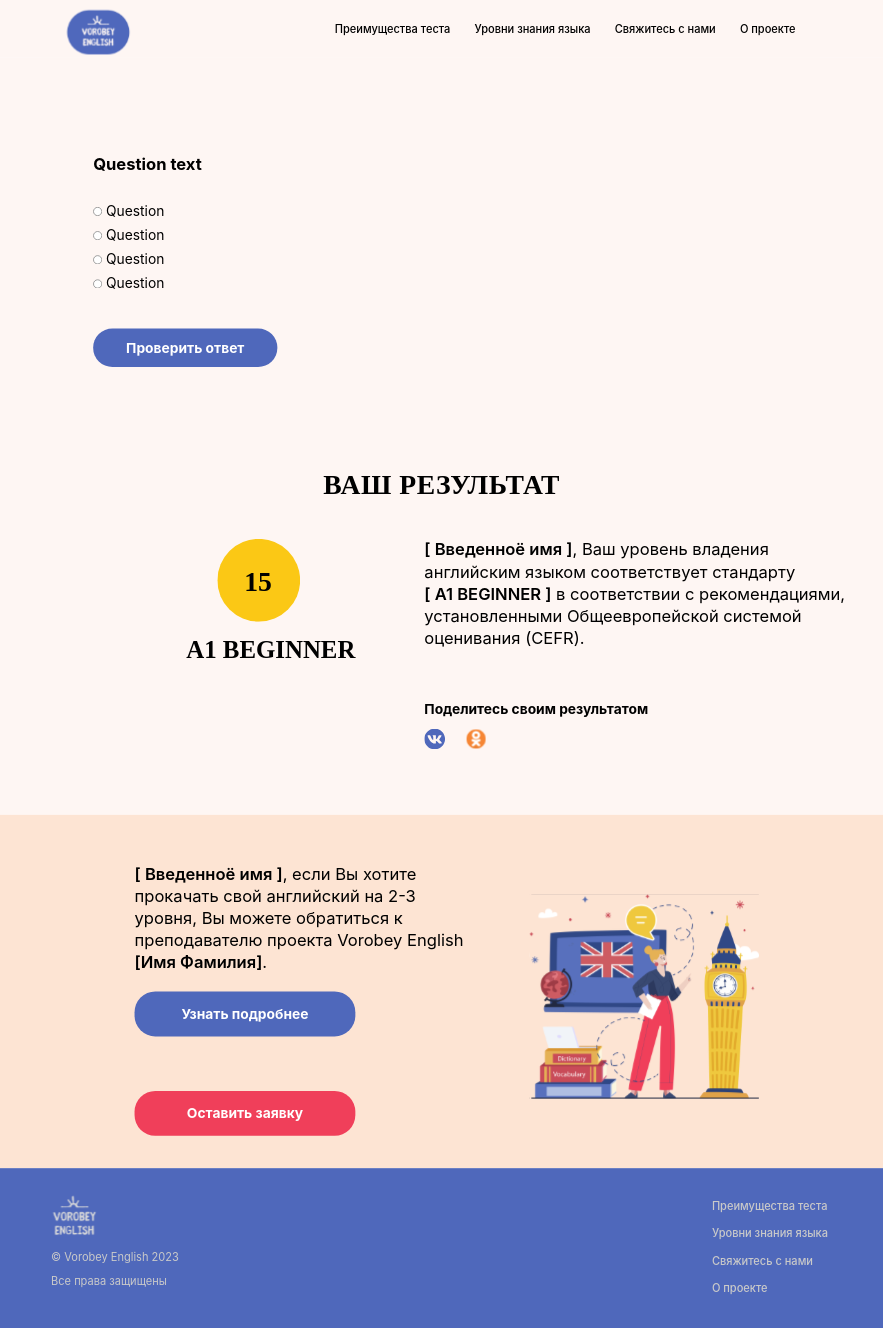
Repository: WladimirVA/PP-01-01_Dandelions
Page: test.html
An editor plug-in stored every save of this project. The page is shown before and after the next save, followed by the edit.
The browser window is 1280 px wide. The pictures show the whole page, at 69% of full size.

Above is the page before, as saved 2023-02-22 14:06:29.

### test.html
<!DOCTYPE html>
<html lang="ru">
<head>
    <meta charset="UTF-8">
    <meta http-equiv="X-UA-Compatible" content="IE=edge">
    <meta name="viewport" content="width=device-width, initial-scale=1.0">
    <link href="./static/css/style.css" rel="stylesheet" type="text/css">
    <link href="./static/css/test.css" rel="stylesheet" type="text/css">
    <link href="./static/css/fonts.css" rel="stylesheet" type="text/css">
    <link rel="icon" sizes="16x16" href="./static/img/Иконка _Лого_ (1_1).svg" type="image/x-icon">
    <title>Dandelions</title>
</head>
<body>
    <header class="header" di="HOME">
        <div class="section">
            <div class="section-header">
                <div class="logo">
                    <a href="Index.html"><img src="./static/img/Иконка _Лого_ (1).svg"></a>
                </div>
                <nav>
                    <ul class="header-nav">
                        <li><a class="link" href="./Index.html">Преимущества теста</a></li>
                        <li><a class="link" href="./Index.html">Уровни знания языка</a></li>
                        <li><a class="link" href="#">Свяжитесь с нами</a></li>
                        <li><a class="link" href="#">О проекте</a></li>
                    </ul>
                </nav>
            </div>
        </div>
    </header>
    <main>
        <div class="section">
            <form class="quiz-box" id="quiz" method="post">
                <div class="quiz-header">
                    <h2 id="question">Question text</h2>
                    <ul>
                        <li>
                            <input type="radio" name="answer" id="a" class="answer" onchange="document.getElementById('submit').disabled = !this.checked;">
                            <label for="a" id="a_text">Question</label>
                        </li>
                        <li>
                            <input type="radio" name="answer" id="b" class="answer" onchange="document.getElementById('submit').disabled = !this.checked;">
                            <label for="b" id="b_text">Question</label>
                        </li>
                        <li>
                            <input type="radio" name="answer" id="c" class="answer" onchange="document.getElementById('submit').disabled = !this.checked;">
                            <label for="c" id="c_text">Question</label>
                        </li>
                        <li>
                            <input type="radio" name="answer" id="d" class="answer" onchange="document.getElementById('submit').disabled = !this.checked;">
                            <label for="d" id="d_text">Question</label>
                        </li>
                    </ul>
                </div>
                <div class="button-test">
                    <button class="button test_button" id="submit" disabled>Проверить ответ</button>
                </div>
            </form>

            <form class="result">
                <div class="title-result">
                    <p>Ваш Результат</p>
                </div>
                <div class="result1">
                    <div class="level-2">
                        <div class="level">
                            <img src="./static/img/Ellipse 15.svg" alt="Result">
                            <p>15</p>
                        </div>
                        <div class="lavel-1">
                            <p>А1  BEGINNER</p>
                        </div>
                    </div>
                    <div class="">
                            <p class="info-result-p"><span style="font-weight: 600;"> [ Введенноё имя ]</span>, Ваш уровень владения английским языком соответствует стандарту <br><span style="font-weight: 600;">[ А1 BEGINNER ]</span> в соответствии
                            с рекомендациями, установленными Общеевропейской системой оценивания (CEFR).</p>
                        <div class="share">
                            <p>Поделитесь своим результатом</p>
                            <div class="share-img">
                                <a href="https://vk.com/" target="_blank"><img src="./static/img/VK.svg" alt="VK"></a>
                                <a href="https://ok.ru/" target="_blank"><img src="./static/img/odnoklassniki 1.svg" alt="odnoklassniki"></a>
                                <!-- <img src="./static/img/instagram3 1.svg" alt="instagram"> -->
                            </div>
                        </div>
                    </div>
                </div>
                <div class="appeal">
                    <div class="appeal-text">
                        <p><span style="font-weight: 600;">[ Введенноё имя ]</span>, если Вы хотите прокачать свой английский на 2-3 уровня, Вы можете обратиться
                        к преподавателю проекта Vorobey English <span style="font-weight: 600;">[Имя Фамилия]</span>. </p>
                        <div class="button-test">
                            <button class="button test_button" id="submit">Узнать подробнее</button>
                        </div>
                        <div class="button-test">
                            <button class="button test_button" id="application">Оставить заявку</button>
                        </div>
                    </div>
                    <div>
                        <img src="./static/img/Group 82 1 1.svg" alt="">
                    </div>

                </div>
            </form>
        </div>
    </main>
    <footer class="FOOTER">
            <div class="section-footer">
                <div class="footer-logo">
                    <a href="Index.html"><img src="./static/img/Vector (3).svg"></a>
                    <p class="footer-logo-p">© Vorobey English 2023</p>
                    <p class="footer-logo-p2">Все права защищены</p>
                </div>
                <div class="footer-navi">
                    <nav>
                        <ul class="footer-nav">
                            <li><a class="footer-link" href="#HOME">Преимущества теста</a></li>
                            <li><a class="footer-link" href="#HOME">Уровни знания языка</a></li>
                            <li><a class="footer-link" href="#HOME">Свяжитесь с нами</a></li>
                            <li><a class="footer-link" href="#">О проекте</a></li>
                        </ul>
                    </nav>
                    <!-- <p><a class="footer-link" href="mailto:englishtest@yandex.ru">englishtest@yandex.ru</a></p> -->
                </div>
            </div>
    </footer>
</body>

</html>

### static/css/style.css
body {
    scroll-behavior: smooth;
    align-items: center;
    width: 100%;
    max-width: 1366px;
    margin: auto;
    font-family: 'Inter', 'Work Sans', "NunitoSans-Light", Arial, Helvetica, sans-serif;
}

.section {
    margin: 0 auto;
    max-width: 1366px;
}

* {
    margin: 0;
    padding: 0;
}
.header {
    padding: 0 92px 0 59px;
    background-color: #FEF6F3;
}
.section-header {
    justify-content: space-between;
    height: 83px;
    width: 100%;
    display: flex;
    align-items: center;
}
.logo {
    width: 84px;
    height: auto;
}
.header-nav {
    display: flex;
    list-style-type: none;
}
.link {
    text-decoration: none;
    /* cursor: pointer; */
    font-family: 'Inter';
    font-weight: 500;
    font-size: 16px;
    line-height: 19px;
    color: #000000;
}
.header-nav li {
    margin-right: 35px;
}

.HOME {
    padding: 64px 92px 108px 93px;
    background-color: #FEF6F3;
}
.section-home {
    align-items: center;
    display: flex;
    justify-content: space-between;
    margin-top: -90px;
}


.title {
    font-family: 'Work Sans';
    font-style: normal;
    font-weight: 600;
    font-size: 40px;
    line-height: 48px;
    display: flex;
    align-items: center;
    letter-spacing: 0.02em;
    text-transform: uppercase;
}
.home_p {
    font-family: 'Work Sans';
    font-style: normal;
    font-weight: 400;
    font-size: 20px;
    line-height: 24px;
    margin-top: 43px;
}

.home_ul {
    margin-top: 35px;
}
.home_li {
    list-style-type: none;
    margin-top: 12px;
    font-family: 'Inter';
    font-style: normal;
    font-weight: 400;
    font-size: 16px;
    line-height: 20px;
}

.check {
    margin-bottom: -7px;
    margin-right: 16px;
}

.buttonsHome {
    margin-top: 68px;
}
.button_home {
    background: #FBC815;
    border-radius: 50px;
    width: 267px;
    height: 56px;
    font-family: 'Inter';
    font-style: normal;
    font-weight: 700;
    font-size: 20px;
    line-height: 24px;
    border: 0;
    cursor: pointer;
}

.button_home:hover {
    background-color: #BC9F3B;
}

.button_home:active {
    background-color: #FDE07D;
}

.image-home {
    max-width: 747px;
    max-height: 496px;
}

.title_2 {
    display: block;
    padding-top: 68px;
    text-transform: none;
    font-family: 'Work Sans';
    font-style: normal;
    font-weight: 800;
    font-size: 36px;
    line-height: 48px;
    align-items: center;
    text-align: center;
}

.WHY-TEST {
    background-color: #FDE4D3;
    Height: 616px;
}

.section-home-2 {
    align-items: center;
    display: flex;
    justify-content: space-around;
    margin-top: 20px;
}

.home-text {
    width: 490px;
}

.p-text {
    margin-top: 32px;
}

.ADVAN_TEST {
    background: #4F68BB;
    color: white;
    height: 665px;
    padding-top: 63px;
    /* margin-top: 120px; */
}

.content_img {
    margin-top: -215px;
    text-align: end;
    margin-right: 50px;
}

.rot-sheet {
    margin: 0 -34px 90px 0px;
}

.rot-sheet-1 {
    margin: 0 -35px 90px 0px;
}

.rot-img1 {
    width: 117px;
    margin-top: 11px;
    margin-right: -20px;
}

.rot-img2 {
    width: 65px;
    margin-bottom: -35px;
}

.rot-img3 {
    width: 78px;
    margin-bottom: 20px;
    margin-left: -20px;
}

img.rot {
    animation: 1s linear 0s normal none infinite running rot;
    -webkit-animation: 4s linear 0s normal none infinite running rot;
    /* width: 100px; */
  }
  @keyframes rot {
    0% {
      transform: rotate(0deg);
    }
    100% {
      transform: rotate(360deg);
    }
  }
  @-webkit-keyframes rot {
    0% {
      transform: rotate(0deg);
    }
    100% {
      transform: rotate(360deg);
    }
  }

  img.rot1 {
    animation: 1s linear 0s normal none infinite running rot1;
    -webkit-animation: 4s linear 0s normal none infinite running rot1;
    /* width: 100px; */
  }
  @keyframes rot1 {
    0% {
      transform: rotate(360deg);
    }
    100% {
      transform: rotate(0deg);
    }
  }
  @-webkit-keyframes rot1 {
    0% {
      transform: rotate(0deg);
    }
    100% {
      transform: rotate(360deg);
    }
  }


.content-ADVAN_TEST {
    display: flex;
    justify-content: space-evenly;
    margin-top: 60px;
}

.test-info {
   width: 300px;
}



.title_3 {
    margin-top: 36px;
    display: block;
    text-transform: none;
    font-family: 'Work Sans';
    font-style: normal;
    font-weight: 800;
    font-size: 36px;
    line-height: 48px;
    align-items: center;
    text-align: center;
}

.advan-test {
    margin: 30px 0 30px 0;
    font-style: normal;
    font-weight: 700;
    font-size: 24px;
    line-height: 32px;
}

.advan-test-p {
    font-style: normal;
    font-weight: 400;
    font-size: 18px;
    line-height: 24px;
}

.advan-test-p-2 {
    margin: 95px 0 0 115px;
    max-width: 1135px;
}

.container {
    display: grid;
    grid-template-columns: repeat(3, 295px);
    justify-items: stretch;
    justify-content: space-around;;
    grid-template-rows: 100px 100px 100px;
    row-gap:  280px;
    margin-top: -30px;
}

.text_test img {
    margin-left: 700px;
}

.container-box h3 {
    font-style: normal;
    font-weight: 700;
    font-size: 32px;
    line-height: 36px;
}

.container-box-p {
    font-style: normal;
    font-weight: 700;
    font-size: 24px;
    line-height: 32px;
    margin: 60px 0 15px 0;
}

.container-box-p2 {
    font-style: normal;
    font-weight: 400;
    font-size: 16px;
    line-height: 24px;
}

.LANGUAGE_LEVELS {
    background-color:  #FEF6F3;
}

.content {
    padding-top: 66px;
}

.container-box {
    position: relative;
}

.box-1 h3 {
    position: absolute;
}

.cloud {
    margin: -11px 0 0 -80px;
    position: absolute;
}

.ball {
    display: block;
    position: inherit;
    margin-left:195px;
    margin-top: 30px;
}

.ball-2 {
    margin-left: 180px;
}

.ball-3 {
    display: block;
    margin-left: 335px;
    margin-top: -199px;
}

.button {
    text-align: center;
    background: #F03F5A;
    cursor: pointer;
    border-radius: 30px;
    border: 0;
}

.TEST {
    background-color: #FBCDA6;
    height: 352px;
}

.test_button {
    margin-top: 30px;
    width: 267px;
    height: 56px;
    font-family: 'Inter';
    font-style: normal;
    font-weight: 700;
    font-size: 20px;
    line-height: 24px;
}

.test_button:hover {
    background-color: #B45060;
}

.test_button:active {
    background-color: #F893A3;
}

.test-now {
    display: flex;
    justify-content: space-between;
    margin-left: 89px;
}

.test-now-text {
    text-align: center;
    margin-top: 15px;
}

.test-now-img {
    margin-top: -159px;
}

.FOOTER {
    background: #4F68BB;
    height: 232px;
    color: #C9C9C9;
}

.footer-logo-p {
    margin-top: -65px;
    margin-left: 74px;
}

.footer-logo-p2 {
    margin-top: 16px;
    margin-left: 74px;
}


.section-footer {
    display: flex;
    justify-content: space-between;
    align-items: center;
    max-width: 1200px;
}

.footer-logo {
    margin-top: -37px;
}

.footer-logo img {
    margin-top: -20px;
}

.footer-navi {
    margin-top: 34px;
}

.footer-nav {
    display: grid;
    list-style-type: none;
    line-height: 2.5;
}

.footer-link {
    text-decoration: none;
    font-family: 'Inter';
    font-weight: 500;
    font-size: 16px;
    line-height: 19px;
    color: #C9C9C9;
    list-style-type: none;
}

.footer-link:hover {
    /* transform: scale(1.2); */
    text-decoration:underline;
}

### static/css/test.css
.header {
    max-width: 1366px;
    max-height: 825px;
    background-color: #FEF6F3;
}
.section {
    width:100%;
    height:100%;
    background-color: #FEF6F3;
}

.quiz-box {
    padding: 146px 0 0 135px;
}

.quiz-header ul {
    line-height: 24px;
    /* width: 214px; */
    font-family: 'Inter';
    font-style: normal;
    font-weight: 400;
    font-size: 20px;
    line-height: 35px;
    list-style-type: none;
}

.quiz-header {
    font-family: 'Inter';
    font-style: normal;
    font-weight: 400;
    font-size: 16px;
    line-height: 20px;
}

.quiz-header h2 {
    margin-bottom: 40px;
}

.button-test {
    padding: 17px 0 47px 0;

}

.test_button {
    background: #4F68BB;
    color:#FFFFFF;
    cursor: pointer;
}

#submit:hover {
    background-color: #1A307A;
}

#submit:active {
    background-color: #97A7DD;
}

.result {
    padding: 100px 0 0 0;
}

.title-result {
    text-align: center;
    align-items: center;
    text-align: center;
    letter-spacing: 0.02em;
    text-transform: uppercase;
    color: #000000;
    font-family: 'Work Sans';
    font-style: normal;
    font-weight: 600;
    font-size: 40px;
    line-height: 48px;
    margin-bottom: 54px;
}

.result1 {
    display: flex;
    justify-content: space-around;
}

.info-result-p {
    width: 615px;
    height: 235px;
    font-family: 'Inter';
    font-style: normal;
    font-size: 24px;
    line-height: 32px;
    }

.level {
    margin-left: 45px;
}

.level p {
    margin: -85px 0 0 39px;
    font-family: 'Work Sans';
    font-style: normal;
    font-weight: 600;
    font-size: 40px;
    line-height: 48px;
}

.level-2 {
    margin-left: 220px;
}

.lavel-1 {
    font-family: 'Work Sans';
    margin-top: 50px;
    font-style: normal;
    font-weight: 700;
    font-size: 36px;
    line-height: 48px;
    }

.share {
    position: absolute;
}

.share p {
    font-family: 'Inter';
    font-style: normal;
    font-weight: 700;
    font-size: 20px;
    line-height: 24px;
}

.share-img {
    display: flex;
}

.share-img img {
    margin: 16px 30px 0 0;
}

.appeal {
    display: flex;
    justify-content: space-between;
    background-size: 100%;
    background-color: #FDE4D3;
    padding-top: 75px;
    padding: 70px 0 0 195px;
    margin-top: 165px;
}

.appeal button {
    width: 320px;
    height: 65px;
}

#application {
    background-color: #F03F5A;
}

#application:hover {
    background-color: #B45060;
}

#application:active {
    background-color: #F893A3;
}

.appeal-text {
    font-family: 'Inter';
    font-style: normal;
    font-size: 24px;
    line-height: 32px;
}

.appeal-text button {
    margin-top: 15px;
}

.appeal img {
    margin-right: 180px;
    padding-top: 45px;
}

.appeal-text p {
    width: 484px;
    height: 154px;
}

### static/css/fonts.css
/* @import url('https://fonts.googleapis.com/css2?family=Work+Sans:ital,wght@0,600;0,800;1,800&display=swap'); */


/* @import url('https://fonts.googleapis.com/css2?family=Inter:wght@400;500;600;700;800&family=Work+Sans:ital,wght@0,600;0,800;1,800&display=swap'); */

/*
@import url('https://fonts.googleapis.com/css2?family=Inter:wght@100;200;300;400;500;600;700;800;900&display=swap');

@import url('https://fonts.googleapis.com/css2?family=Inter:wght@100;200;300;400;500;600;700;800;900&family=Work+Sans:ital,wght@0,100;0,200;0,300;0,400;0,500;0,600;0,700;0,800;0,900;1,100;1,200;1,300;1,400;1,500;1,600;1,700;1,800;1,900&display=swap'); */

After the next save:
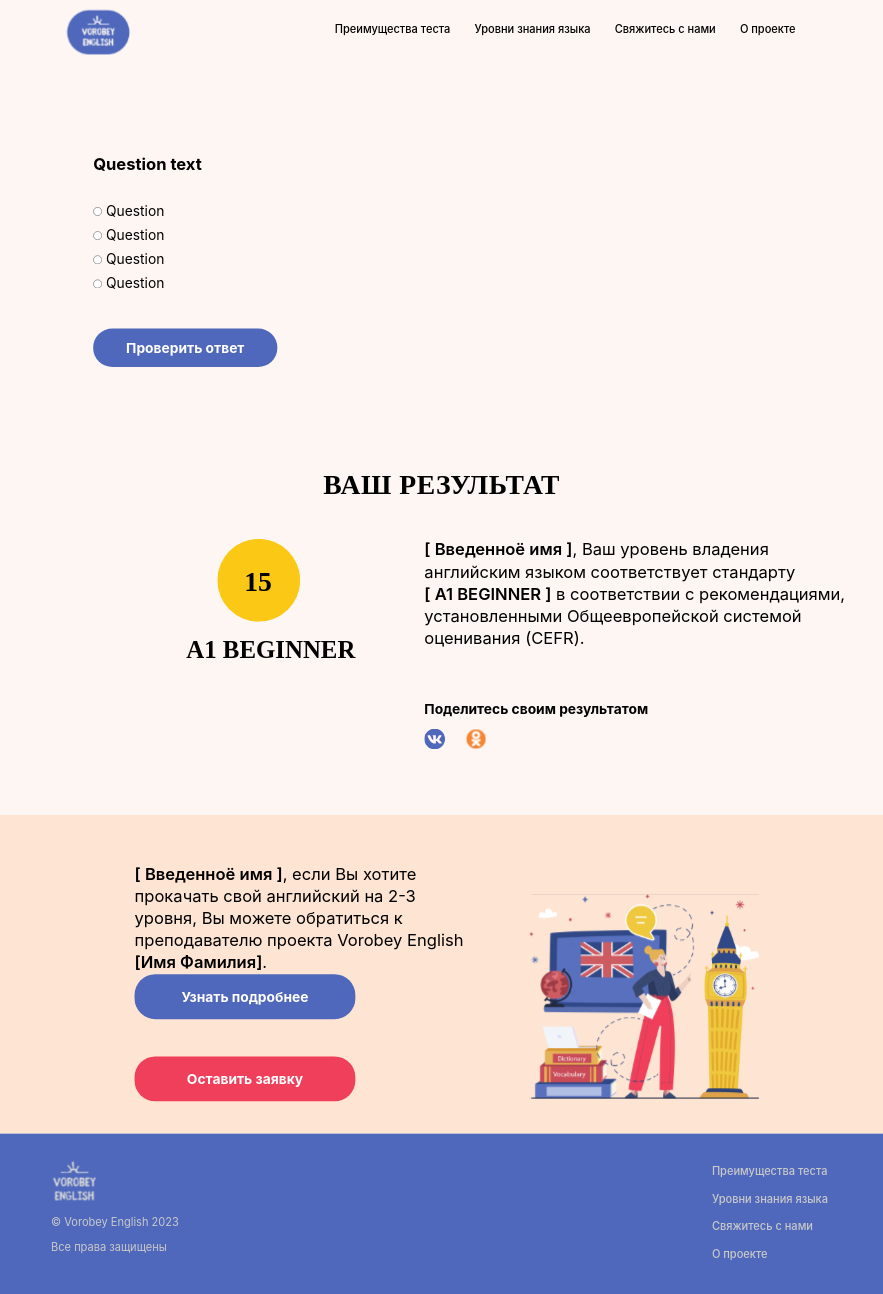
Saved 47 s later.
--- a/static/css/test.css
+++ b/static/css/test.css
@@ -169,7 +169,7 @@
 }
 
 .appeal-text button {
-    margin-top: 15px;
+    margin-top: -10px;
 }
 
 .appeal img {
